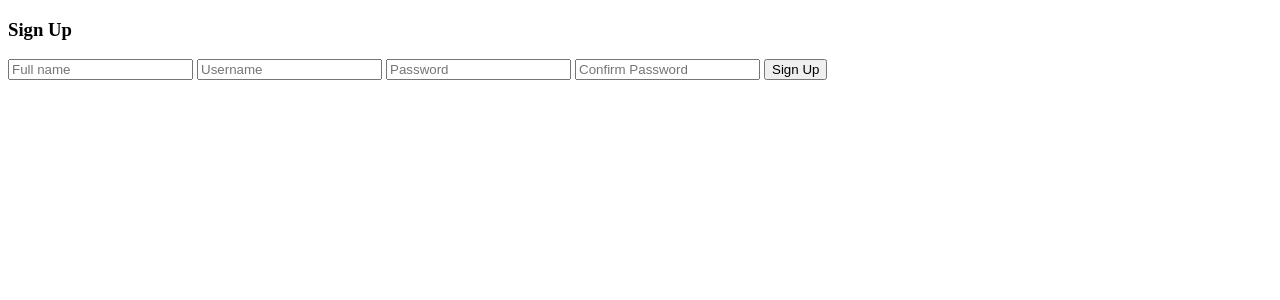
Repository: yhung004/TUTORIAL_PAGE
Page: sign_up.html
The author's editor kept a copy of each file at every save. The page is drawn from the files as they stood at one save, then again after the next save.
The browser window is 1280 px wide. The pictures show the whole page.

Above is the page before, as saved 2024-04-10 12:58:17.

After the next save:
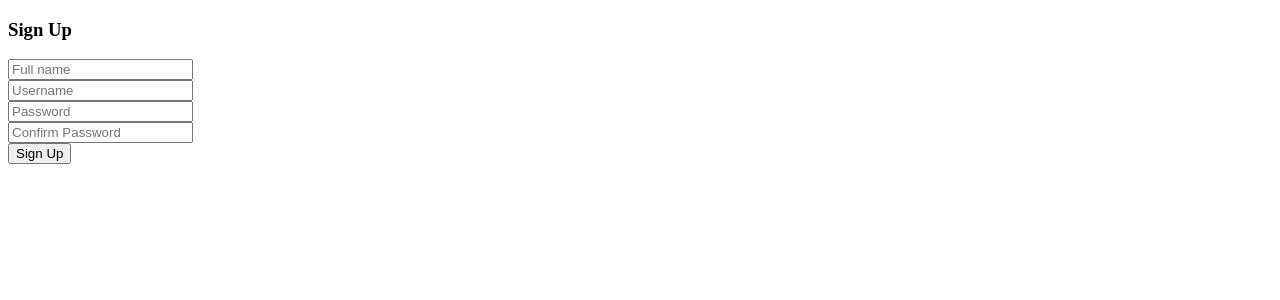
Saved 48 s later.
--- a/sign_up.html
+++ b/sign_up.html
@@ -7,10 +7,10 @@
 </head>
 <body>
     <h3 class="signup">Sign Up</h3>
-    <input type="text" placeholder="Full name" class="fname">
-    <input type="text" placeholder="Username" class="uname">
-    <input type="text" placeholder="Password" class="pwd">
-    <input type="text" placeholder="Confirm Password" class="cpwd">
+    <input type="text" placeholder="Full name" class="fname"> <br>
+    <input type="text" placeholder="Username" class="uname"> <br>
+    <input type="text" placeholder="Password" class="pwd"><br>
+    <input type="text" placeholder="Confirm Password" class="cpwd"><br>
     <button class="button_out">
         Sign Up
     </button>
